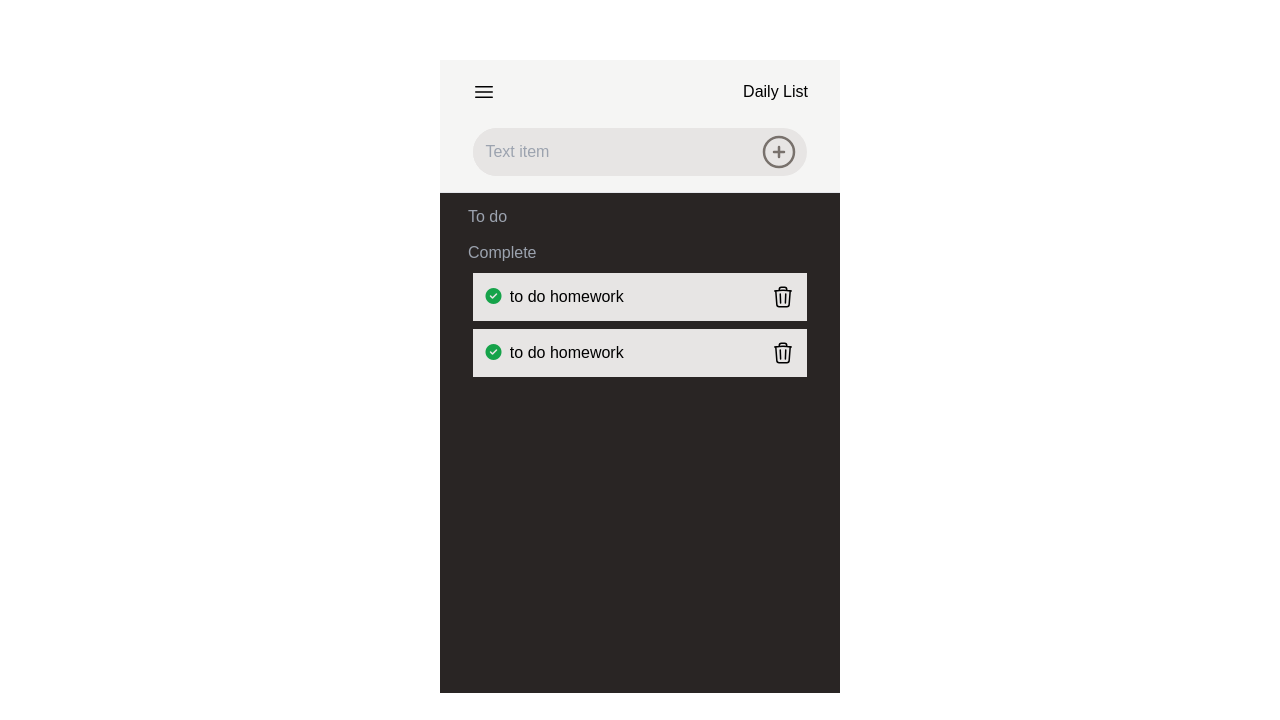
Repository: hsumyatm7308/TodolistbyPHP
Page: http://localhost/
An editor plug-in stored every save of this project. The page is shown before and after the next save, followed by the edit.
The browser window is 1280 px wide. The pictures show the whole page.
Some web libraries are served in a nearby version. The page is run by PHP 8.4 with error messages shown; the project is at /var/www/html/. Queries for data that is not in the repository find no rows.

Above is the page before, as saved 2023-07-09 22:30:04.

After the next save:
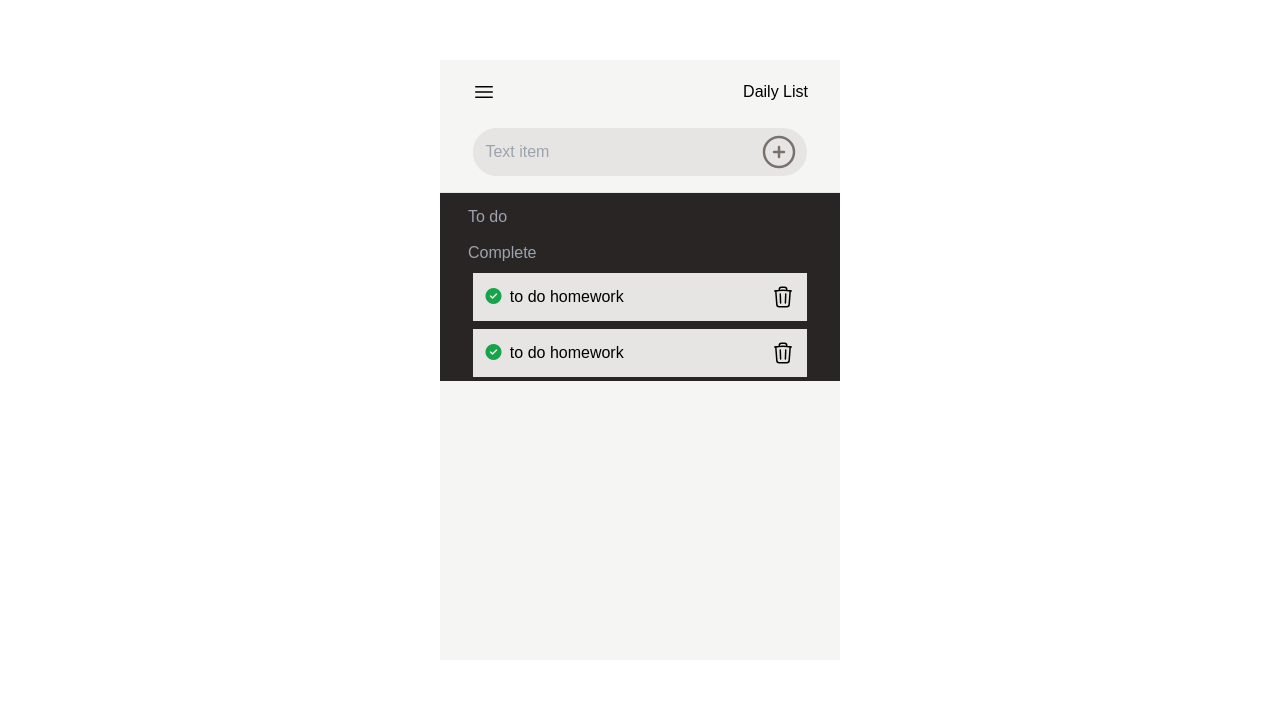
Saved 17 s later.
--- a/index.php
+++ b/index.php
@@ -40,7 +40,7 @@
 
             ?>
 
-            <div class="w-full h-[500px] bg-stone-800 overflow-y-scroll">
+            <div class="w-full h-auto bg-stone-800 overflow-y-scroll">
 
                 <?php
 

After the save that followed:
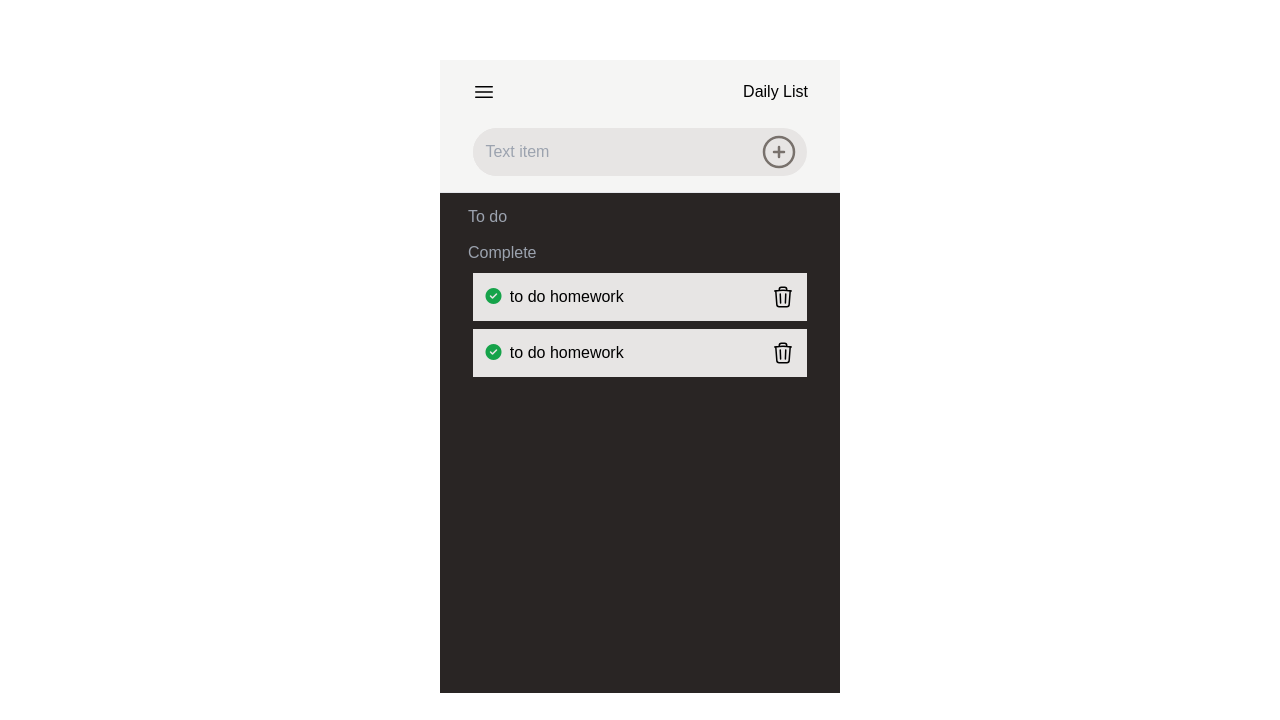
Saved 17 s later.
--- a/index.php
+++ b/index.php
@@ -40,7 +40,7 @@
 
             ?>
 
-            <div class="w-full h-auto bg-stone-800 overflow-y-scroll">
+            <div class="w-full h-[500px] bg-stone-800 overflow-y-scroll">
 
                 <?php
 
